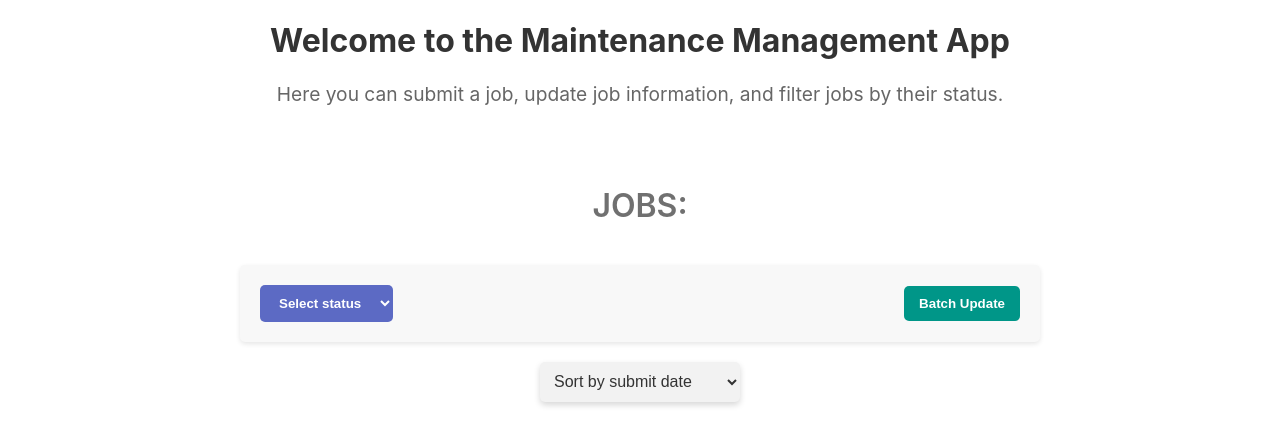
Repository: mikasteyn999/Maintenance-Manager-App
Page: /jobs (app in frontend/)
These files come from the project's save history. The page is drawn as it stood at one moment and after the next save; the edit follows.
The browser window is 1280 px wide. The pictures show the whole page.
The page's requests for data from a server got no answer. The project was rebuilt for these pictures with package versions that can differ from the ones it lists, and the page was loaded fresh each time. No one was signed in, and anything a server would have sent is missing. Also part of the build but not shown: frontend/src/style/JobForm.css, frontend/src/components/JobForm.js, frontend/src/style/Job.css, frontend/src/components/Job.js, frontend/src/components/Home.js, frontend/src/style/JobUpdateForm.css, frontend/src/components/JobUpdateForm.js.

Above is the page before, as saved 2023-06-01 12:41:00.

### frontend/src/App.js
// Import necessary libraries and components
import React from 'react';
import Router from './Router';
import './style/App.css'

// Define the App component
// This component uses the Router component to handle routing
const App = () => {
  return (
    <div className="app">
      <h1 className="app-title">Welcome to the Maintenance Management App</h1> {/* Welcome title */}
      <p className="app-instructions">Here you can submit a job, update job information, and filter jobs by their status.</p> {/* Instructions */}
      <Router /> {/* Use Router component for handling routes */}
    </div>
  );
}

// Export the App component
export default App;

### frontend/src/Router.js
// Import necessary libraries and components
import React from 'react';
import { BrowserRouter as Router, Route, Routes } from 'react-router-dom';
import Home from './components/Home';
import JobForm from './components/JobForm';
import JobsList from './components/JobsList';
import JobUpdateForm from './components/JobUpdateForm'

// Define the Router component
// This component defines the routes for the React app
// The Home component (which contains both the JobForm and JobsList components) is displayed when the path is exactly "/"
// The JobForm component is displayed when the path is "/submit"
// The JobsList component is displayed when the path is "/jobs"
const AppRouter = () => {
    return (
        <Router>
            <Routes>
                <Route path="/" element={<Home />} /> {/* Home route */}
                <Route path="/submit" element={<JobForm />} /> {/* Job submission route */}
                <Route path="/jobs" element={<JobsList />} /> {/* Jobs listing route */}
                <Route path="/edit/:id" element={<JobUpdateForm />} />
            </Routes>
        </Router>
    );
};

// Export the Router component
export default AppRouter;

### frontend/src/style/App.css
/* App.css */

.app {
  text-align: center;
}

.app-title {
  font-size: 2em;
  color: #333;
  text-align: center;
}

.app-instructions {
  font-size: 1.2em;
  color: #666;
  margin-bottom: 20px;
  text-align: center;
}

/* style the form container */
.app .job-form {
  max-width: 600px;  /* limit the width */
  margin: 0 auto;   /* center the form */
  padding: 20px;    /* add some padding */
}

/* style the jobs list container */
.app .jobs-list {
  max-width: 800px;  /* limit the width */
  margin: 0 auto;   /* center the jobs list */
  padding: 20px;    /* add some padding */
}

### frontend/src/components/JobsList.js
//Import react & job component
import React, { useEffect, useState } from 'react';
import Job from './Job';
import '../style/JobsList.css';

// Define the JobsList component. This component will fetch a list of jobs from the server and display each one using the Job component.
// The component has a local state, jobs, which is an array of jobs.
// The useEffect hook is used to fetch the jobs when the component is first rendered.
// The fetchJobs function makes a GET request to the /jobs route to fetch the list of jobs.
// Each job is then displayed using the Job component.
const JobsList = () => {
    const [jobs, setJobs] = useState([]);
    const [sortOrder, setSortOrder] = useState("date"); // Add state for sort order. By default, it's set to 'date'
    const [selectedJobs, setSelectedJobs] = useState([]);

    useEffect(() => {
      const fetchJobs = async () => {
        const response = await fetch(`http://localhost:5000/api/jobs?sort=${sortOrder}`); // Update API call to include sort order
        const data = await response.json();
        setJobs(data);
      };
      fetchJobs();
    }, [sortOrder]); // Update useEffect dependency array to include sortOrder. This means the useEffect callback will run whenever sortOrder changes.

    const handleSortChange = (event) => {
      setSortOrder(event.target.value); // When user selects a new sort order, update the sortOrder state
    };

    // Function for catch updates
    const handleBatchUpdate = async () => {
      const status = document.getElementById('batchStatusUpdate').value;
      if (!status) {
        console.error('No status selected for batch update');
        return;
      }
      if (selectedJobs.length === 0) {
        console.error('No jobs selected for batch update');
        return;
      }
      try {
        const response = await fetch('/api/jobs/batch', {
          method: 'PUT',
          headers: {
            'Content-Type': 'application/json',
          },
          body: JSON.stringify({ jobIds: selectedJobs, status }),
        });
        if (response.ok) {
          console.log('Batch update successful');
          setSelectedJobs([]); // Clear selected jobs after successful update
        } else {
          console.error('Failed to batch update jobs');
        }
      } catch (error) {
        console.error(`An error occurred: ${error}`);
      }
    };


    return (
      <div className='jobs-list'>
        <div className='jobs-header'>JOBS:</div>
        {/* Batch update */}
        <div className='batch-update'>
          <select id="batchStatusUpdate" name="batchStatusUpdate">
            <option value="">Select status</option>
            <option value="status1">Submitted</option>
            <option value="status2">In Progress</option>
            <option value="status2">Completed</option>
          </select>
          <button onClick={handleBatchUpdate}>Batch Update</button>
        </div>

        <select className='select-sort' value={sortOrder} onChange={handleSortChange}> {/* Add select element for sort order */}
          <option value="date">Sort by submit date</option>
          <option value="status">Sort by status</option>
        </select>
        {jobs.map((job) => (
          <Job key={job._id} job={job} selectedJobs={selectedJobs} setSelectedJobs={setSelectedJobs} />
        ))}
      </div>
    );
};

export default JobsList;

### frontend/src/style/JobsList.css
.jobs-list {
    max-width: 600px;
    margin: 0 auto;
    padding: 20px;
}

.jobs-header {
    font-size: xx-large;
    padding: 5%;
    font-weight: 600;
    color: rgb(112, 112, 112);
}

/* Style the select element */
.select-sort {
    width: 200px;
    height: 40px;
    border: none;
    border-radius: 5px;
    padding: 5px 10px;
    margin-bottom: 20px;
    box-shadow: 0 3px 6px 0 rgba(0,0,0,0.16);
    font-size: 16px;
    color: #333;
    background-color: #f2f2f2;
    transition: background-color 0.3s ease;
}

/* Style the options inside the select element */
.select-sort option {
    color: #333;
    background-color: #f2f2f2;
}

/* Change the background color of the select when it's focused */
.select-sort:focus {
    background-color: #e6e6e6;
}

.batch-update {
    display: flex;
    align-items: center;
    justify-content: space-between;
    padding: 20px;
    margin-bottom: 20px;
    background-color: #f8f8f8;
    border-radius: 5px;
    box-shadow: 0 2px 5px rgba(0,0,0,0.1);
}

.batch-update select,
.batch-update button {
    padding: 10px 15px;
    border: none;
    border-radius: 5px;
    background-color: #5c6ac4;
    color: white;
    font-weight: bold;
    cursor: pointer;
}

.batch-update button {
    background-color: #009688;
}

.batch-update button:hover {
    background-color: #00796b;
}

Loaded but not shown: frontend/public/index.html (common file); frontend/src/index.js (common file); frontend/src/index.css (common file); frontend/src/reportWebVitals.js (common file)

After the next save:
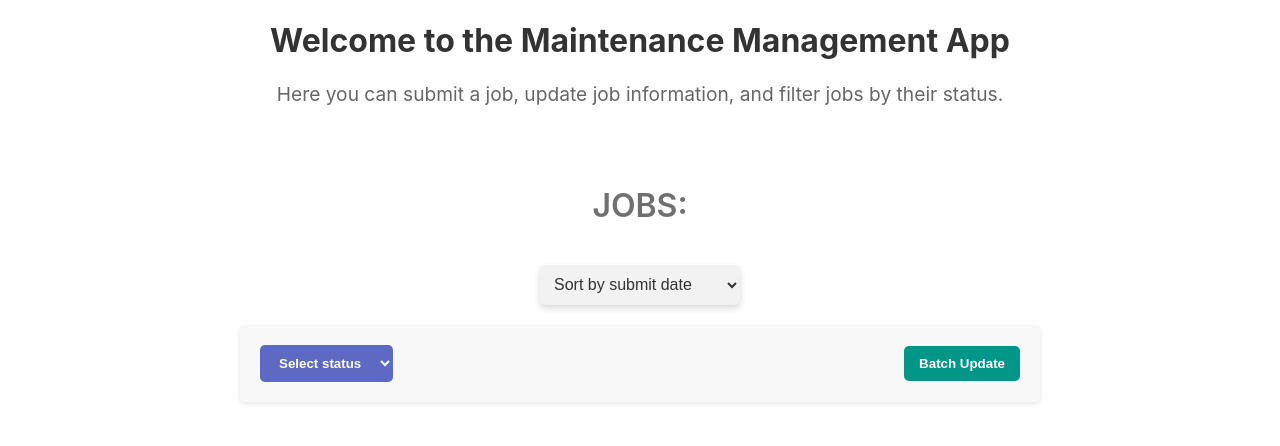
Saved 6 min 18 s later.
--- a/frontend/src/components/JobsList.js
+++ b/frontend/src/components/JobsList.js
@@ -60,6 +60,11 @@ const JobsList = () => {
     return (
       <div className='jobs-list'>
         <div className='jobs-header'>JOBS:</div>
+
+        <select className='select-sort' value={sortOrder} onChange={handleSortChange}> {/* Add select element for sort order */}
+          <option value="date">Sort by submit date</option>
+          <option value="status">Sort by status</option>
+        </select>
         {/* Batch update */}
         <div className='batch-update'>
           <select id="batchStatusUpdate" name="batchStatusUpdate">
@@ -70,11 +75,6 @@ const JobsList = () => {
           </select>
           <button onClick={handleBatchUpdate}>Batch Update</button>
         </div>
-
-        <select className='select-sort' value={sortOrder} onChange={handleSortChange}> {/* Add select element for sort order */}
-          <option value="date">Sort by submit date</option>
-          <option value="status">Sort by status</option>
-        </select>
         {jobs.map((job) => (
           <Job key={job._id} job={job} selectedJobs={selectedJobs} setSelectedJobs={setSelectedJobs} />
         ))}
